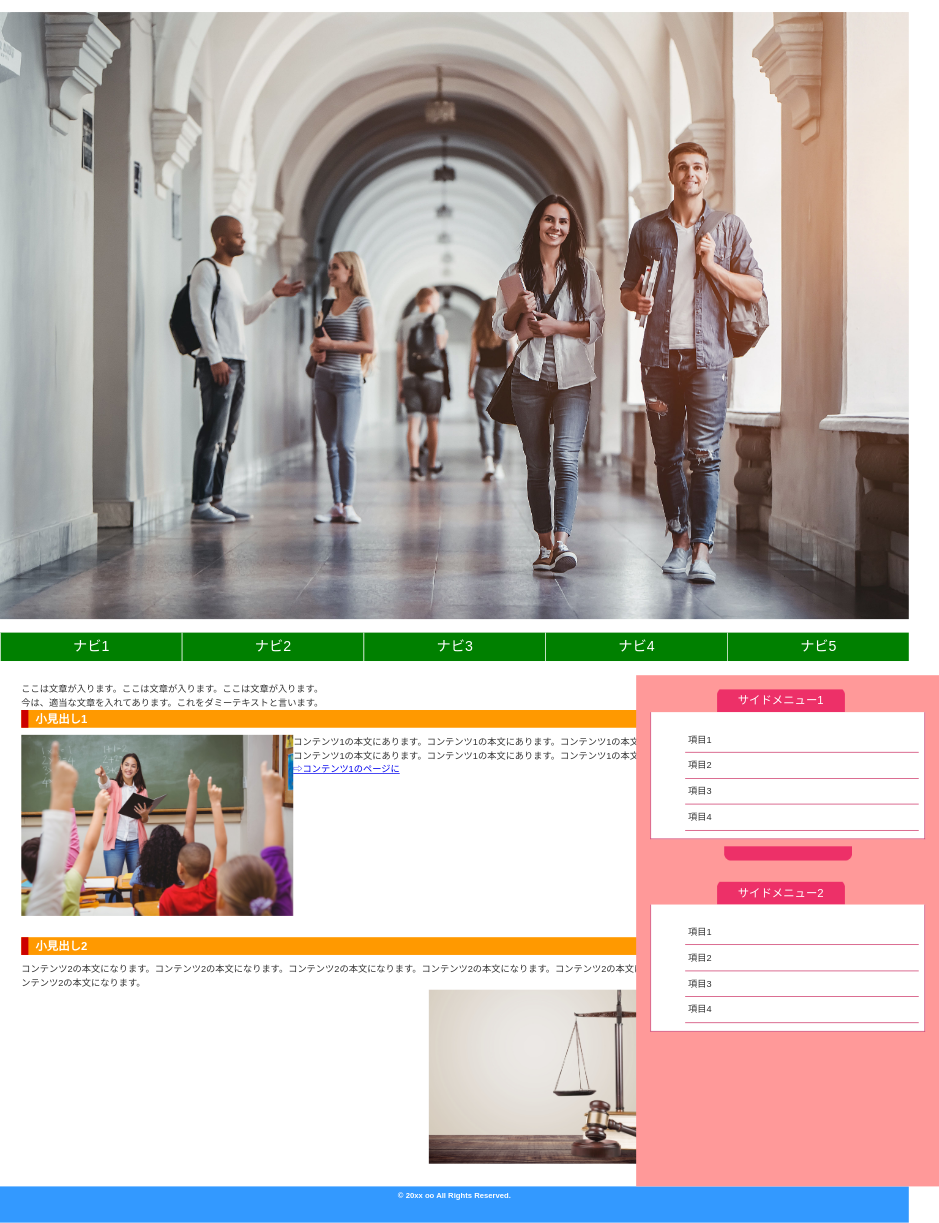
Repository: 777yuuki/samurai_HTML-CSS
Page: testo.html
The author's editor kept a record of every edit. The page is drawn from the files as they stood at one moment, then again after the next edit.
The browser window is 1280 px wide. The page is 1323 px wide, so the pictures cover 1323 px, including what lies to the right of the window. The pictures show the whole page, at 71% of full size.

Above is the page before.

### testo.html
<!DOCTYPE html>
<html lang="ja">
<head>
    <meta charset="UTF-8">
    <meta name="viewport" content="width=device-width, initial-scale=1.0">
    <meta http-equiv="X-UA-Compatible" content="ie=edge">
    <title>テストホームページ</title>
    <link rel="stylesheet" href="testo.css" type="text/css" />
</head>
<body>
    <div class="header">
        <h1><a href="testo.html"><img id="corridor" src="images/corridor.jpg" alt="校舎"></a></h1>
    </div>
    <div class="wrapper">
        <div class="nav">
            <ul>
                <li><a href="#">ナビ1</a></li>
                <li><a href="#">ナビ2</a></li>
                <li><a href="#">ナビ3</a></li>
                <li><a href="#">ナビ4</a></li>
                <li><a href="#">ナビ5</a></li>
            </ul>
        </div>
        <div class="container">
            <div class="main">
               <p>ここは文章が入ります。ここは文章が入ります。ここは文章が入ります。<br>今は、適当な文章を入れてあります。これをダミーテキストと言います。</p>
               <div class="main-post">
                   <h1>小見出し1</h1>
                   <img id="classroom" src="images/classroom.jpg" alt="教室">
                   <p>コンテンツ1の本文にあります。コンテンツ1の本文にあります。コンテンツ1の本文にあります。コンテンツ1の本文にあります。コンテンツ1の本文にあります。コンテンツ1の本文にあります。
                   </p>
                   <p class="blue"><a href="#">⇨コンテンツ1のページに<a/></p>
               </div>
               <div class="main-post">
                   <h1>小見出し2</h1>
                   <p>コンテンツ2の本文になります。コンテンツ2の本文になります。コンテンツ2の本文になります。コンテンツ2の本文になります。コンテンツ2の本文になります。コンテンツ2の本文になります。
                   </p>
                   <img  id="scale" src="images/scale.jpg">
               </div>
            </div>
            <div class="side">
                <div class="side-main">
                    <div class="side-top">
                        <div class="side-title">
                            サイドメニュー1
                        </div>
                        <div class="side-box">
                            <ul>
                                 <li>項目1</li>
                                 <li>項目2</li>
                                 <li>項目3</li>
                                 <li>項目4</li>
                            </ul>
                        </div>
                    </div>
                </div>
                <div class="side-main">
                    <div claaa="side-top">
                        <div class="side-title">
                            サイドメニュー2
                        </div>
                        <div class="side-box">
                            <ul>
                                 <li>項目1</li>
                                 <li>項目2</li>
                                 <li>項目3</li>
                                 <li>項目4</li>
                            </ul>
                        </div>
                    </div>
                </div>
            </div>
        </div>
    </div>
    <div class="footer">
        <small>&copy; 20xx oo All Rights Reserved.</small>
    </div>
</body>
</html>

### testo.css
/*--- body ---*/
body{
    margin: 0;
    padding: 0;
    font-family: "ヒラギノ角ゴ Pro W3", "Hiragino Kaku Gothic Pro", "メイリオ", Meiryo, Osaka, "ＭＳ Ｐゴシック", "MS PGothic", sans-serif;
    color: #333;
    font-size: 13px;
    line-height: 150%;
}

/*--- header ---*/
.header{
    width:100%;
}
#corridor{
    width:100%;
}

/*--- wrapper ---*/
.wrapper{
    width: 100%;
    margin: auto;
    padding: 0;
    border: 0px;
    background-color: #fff;
}

/*--- nav ---*/
.nav{
    width:100%;
}

.nav ul{
    display: flex;
    list-style-type: none;
    margin: 0;
    padding: 0;
}

.nav ul li{
    width: 20%;
    text-align: center;
}

.nav ul li a{
    display: block;
    height: 20px;
    padding: 10px;
    margin: 0;
    color: #fff;
    font-size: 20px;
    text-decoration: none;
    border-left: 1px solid #fff;
    background-color: green;
}

.nav ul li a:hover{
    filter: drop-shadow(10px 10px 10px black);
}

/*--- container ---*/

.container{
    display: grid;
    grid-template-columns:70vw 30vw;
    clear: both;
    height: 720px;
    padding-top: 20px;

}
/*--- main ---*/
.main{
    height:700px;
    width:957px;
    padding: 10px 30px;
}

.main h1{
    font-size: 16px;
    margin: 0 0 10px 0;
    padding: 3px 10px;
    color: #fff;
    border-left: solid 10px #c00;
    background-color: #f90;
}

.main-post{
    height: 290px;
    width: 957px;
    margin: 0 0 30px 0;
}

#classroom{
    height: 255px;
    width: 383px;
    float: left;
}

#scale{
    height: 245px;
    width: 383px;
    float: right;
}

/*--- side ---*/

.side{
    height: 680px;
    width: 387px;
    padding: 20px;
    background-color: #ff9999;
}

.side-title{
    font-size: 16px;
    line-height: 16px;
    text-align: center;
    height: 16px;
    width: 351px;
    padding: 8px;
    background-position: 50% 50%;
    background-repeat: no-repeat;
    background-image: url(images/side_box_h2.png);
    color: #fff;
}

.side-top{
    background-image: url(images/side_box.png);
    background-position: 50% 100%;
    background-repeat: no-repeat;
    margin: 0 0 30px 0;
    padding: 0 0 30px 0;
}

.side-box{
    height: 162px;
    border-right: 1px solid #cc3366;
    border-bottom: 1px solid #cc3366;
    border-left: 1px solid #cc3366;
    padding: 8px;
    background-color: #fff;
}
.side-box li{
    border-bottom: 1px solid #cc3366;
    padding: 8px 0 8px 4px;
    list-style-type: none;
}

.side-box li:hover{
    box-shadow: 0 4px 4px rgba(0, 0, 0, 0.3);
}

/*--- p ---*/

p{
    height: 39px;
    width: 957px;
    margin: 0;
}

/*--- footer ---*/

.footer{
    font-weight: 700;
    text-align: center;
    background-color: #3399ff;
    height: 45.5px;
    padding: 3px 0;
    color: #FFF;
    clear: both;
}
.footer p{
    font-size: 13px;
    height: 19.5px;
    width: 100%;
    margin: 13px 0;
}

After the next edit:
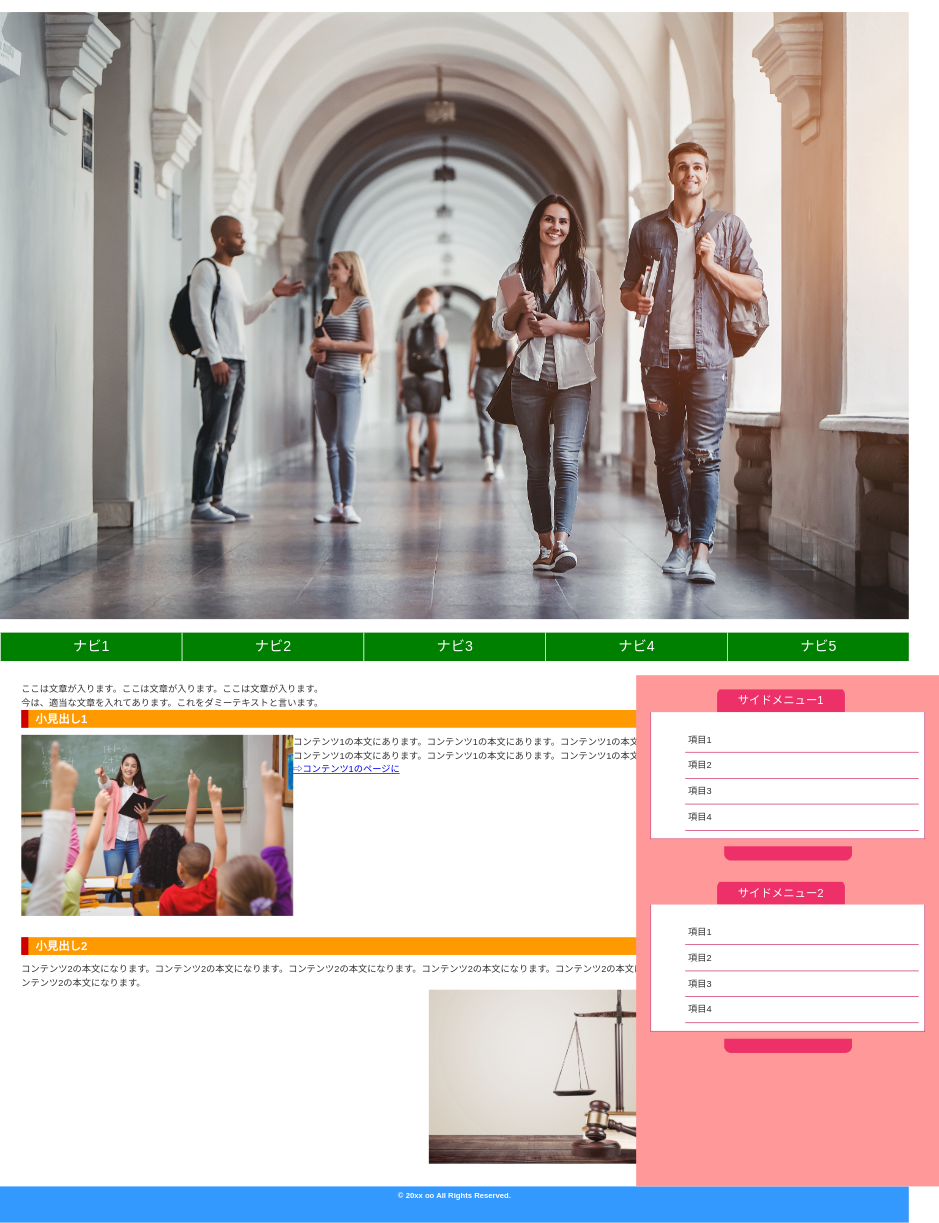
The edit:
--- a/testo.html
+++ b/testo.html
@@ -55,7 +55,7 @@
                     </div>
                 </div>
                 <div class="side-main">
-                    <div claaa="side-top">
+                    <div class="side-top">
                         <div class="side-title">
                             サイドメニュー2
                         </div>
